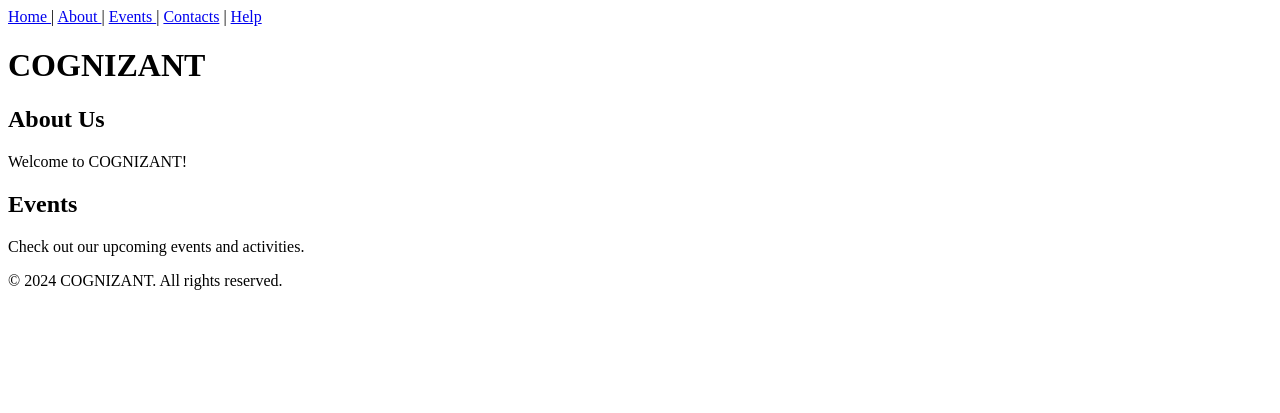
Repository: Sonasiju/Digital-Nurture-Java
Page: index.html
An editor plug-in stored every save of this project. The page is shown before and after the next save, followed by the edit.
The browser window is 1280 px wide. The pictures show the whole page.

Above is the page before, as saved 2026-05-31 15:28:35.

After the next save:
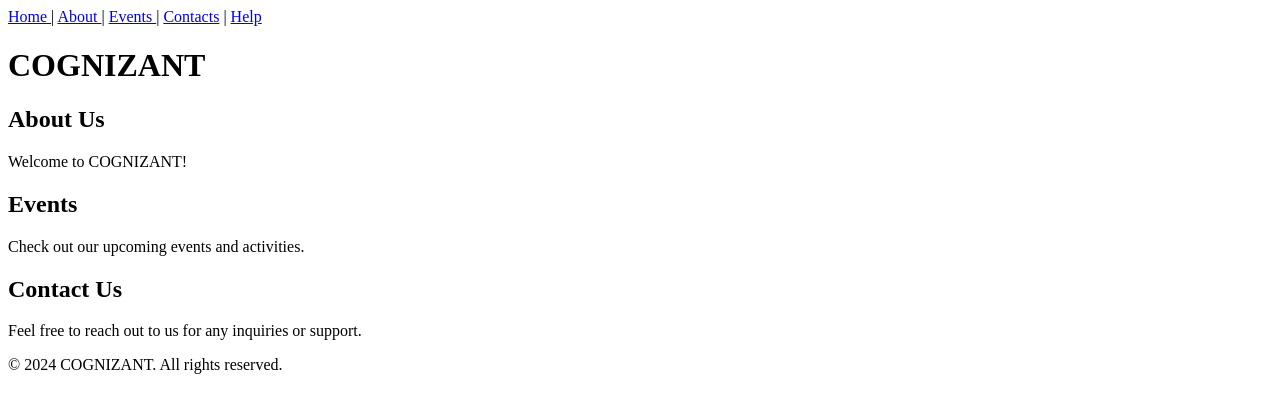
Saved 2 min 50 s later.
--- a/index.html
+++ b/index.html
@@ -29,7 +29,11 @@
             <h2>Events</h2>
             <p>Check out our upcoming events and activities.</p>
             </section>
-        </main>
+<section id="contacts">
+            <h2>Contact Us</h2>
+            <p>Feel free to reach out to us for any inquiries or support.</p>
+        </section>
+    </main>
 
 <!-- Footer -->
         <footer>
